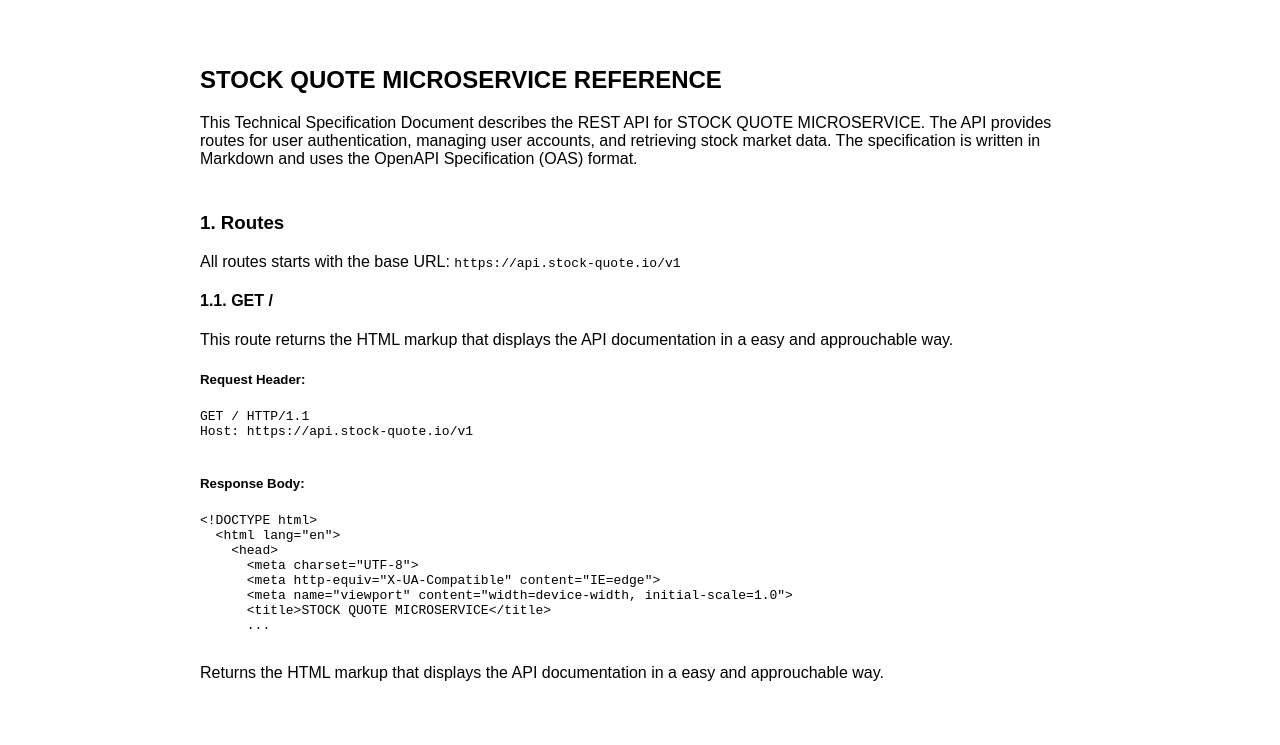
Repository: miguelamello/nest-js
Page: stock-service/reference.html
These files come from the project's save history. The page is drawn as it stood at one moment and after the next save; the edit follows.
The browser window is 1280 px wide. The pictures show the whole page.

Above is the page before, as saved 2023-04-03 13:46:31.

After the next save:
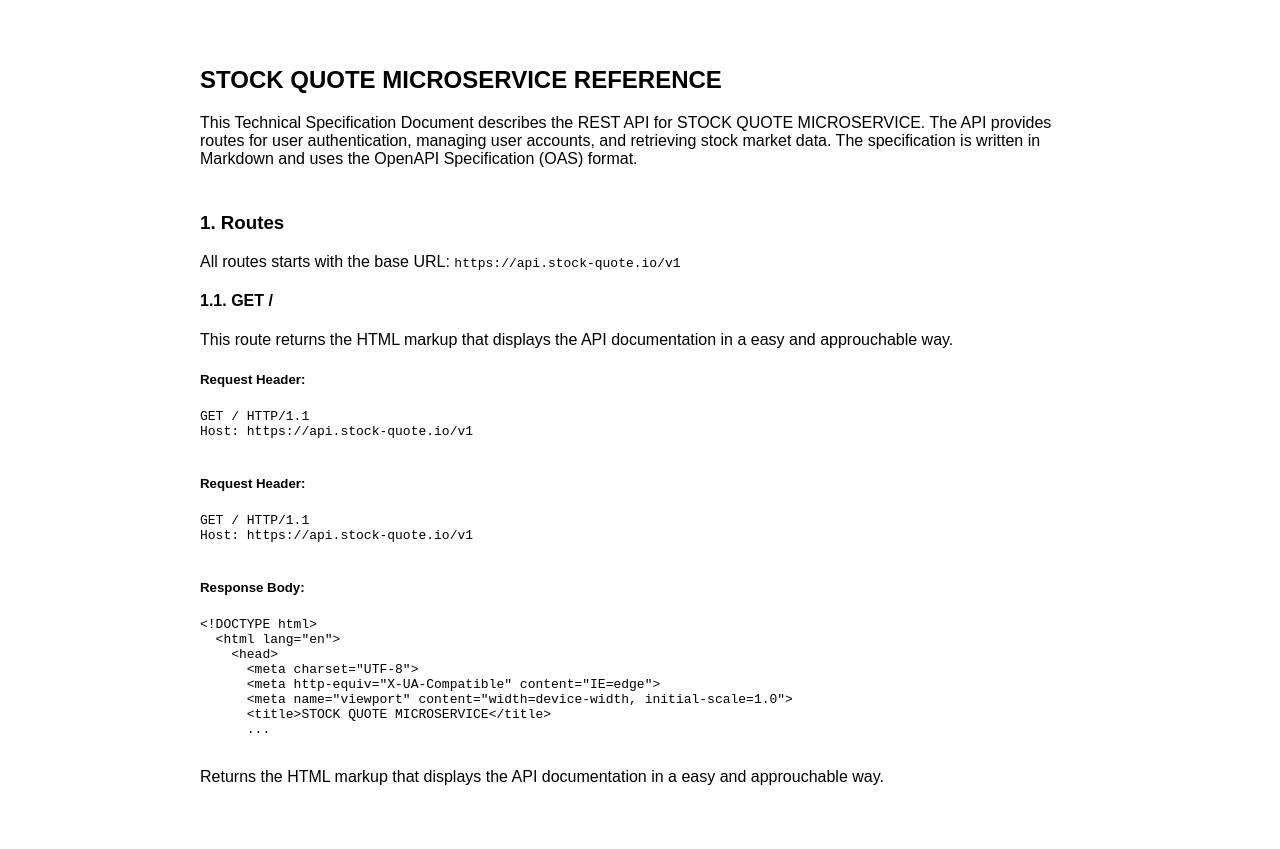
Saved 12 s later.
--- a/stock-service/reference.html
+++ b/stock-service/reference.html
@@ -45,6 +45,12 @@ GET / HTTP/1.1
 Host: https://api.stock-quote.io/v1
   </pre>
 
+  <h5>Request Header:</h5>
+  <pre>
+GET / HTTP/1.1
+Host: https://api.stock-quote.io/v1
+  </pre>
+
   <h5>Response Body: </h5>
 
   <pre>
